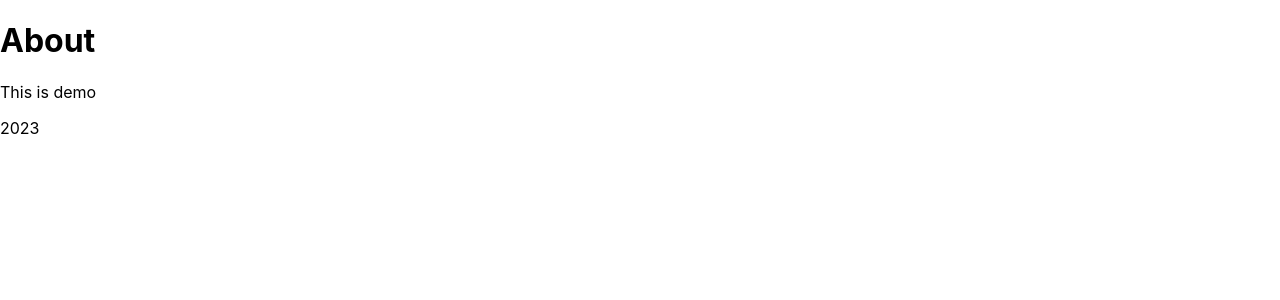
Repository: sparrowkg/myportfolio
Page: / (app in portfolioreact — копия/)
The author's editor kept a copy of each file at every save. The page is drawn from the files as they stood at one save, then again after a run of saves.
The browser window is 1280 px wide. The pictures show the whole page.
The project was rebuilt for these pictures with package versions that can differ from the ones it lists, and the page was loaded fresh each time. Also part of the build but not shown: portfolioreact — копия/src/App.css, portfolioreact — копия/src/pages/Resumepage.jsx, portfolioreact — копия/src/pages/Portfoliopage.jsx, portfolioreact — копия/src/pages/Contactpage.jsx.

Above is the page before, as saved 2023-05-07 00:07:51.

After the next 4 saves:
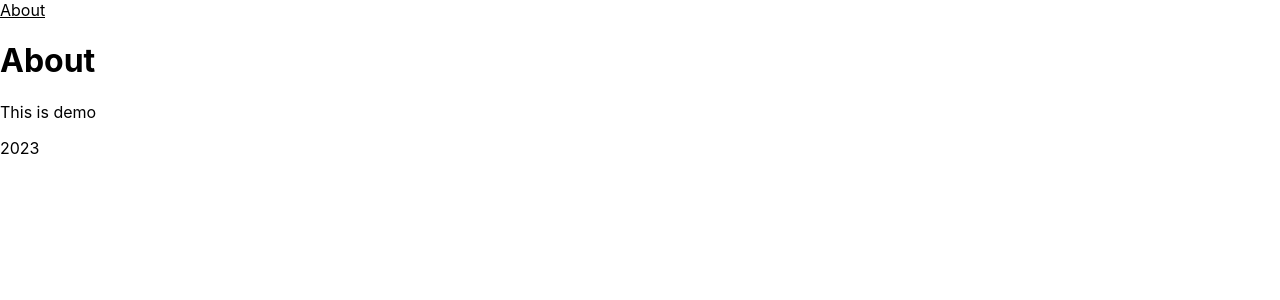
The 4 saves are shown as one change because 1 did not build or start and some came seconds apart.
The last was saved 15 s later.
--- a/portfolioreact — копия/src/components/CostomLink.jsx
+++ b/portfolioreact — копия/src/components/CostomLink.jsx
@@ -10,7 +10,9 @@ const CustomLink = ({children, to, ...props}) => {
               color: match ? 'var(--color-active)' : 'white',
          }}
          {...props}
-    ></Link>
+    >
+      {children}
+    </Link>
   )
 }
 
